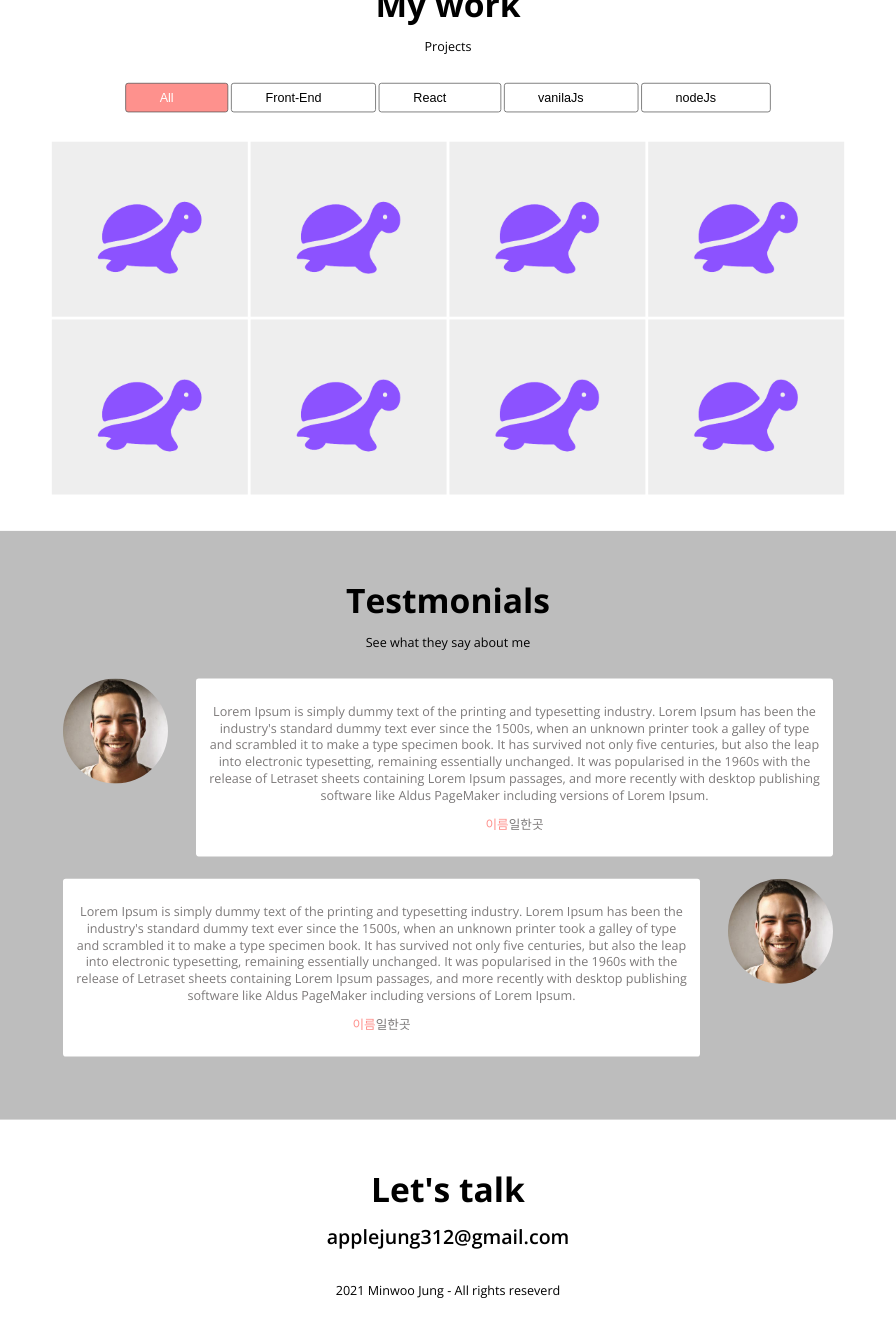
Repository: DevMinwoo-Jung/MinwooPortfolio
Page: index.html
These files come from the project's save history. The page is drawn as it stood at one moment and after the next save; the edit follows.
The browser window is 1280 px wide. The pictures show the part of the page from y = 4159 to 6079 px (the page is 6079 px tall before and 5871 px after), at 70% of full size.

Above is the page before, as saved 2021-06-01 10:54:03.

After the next save:
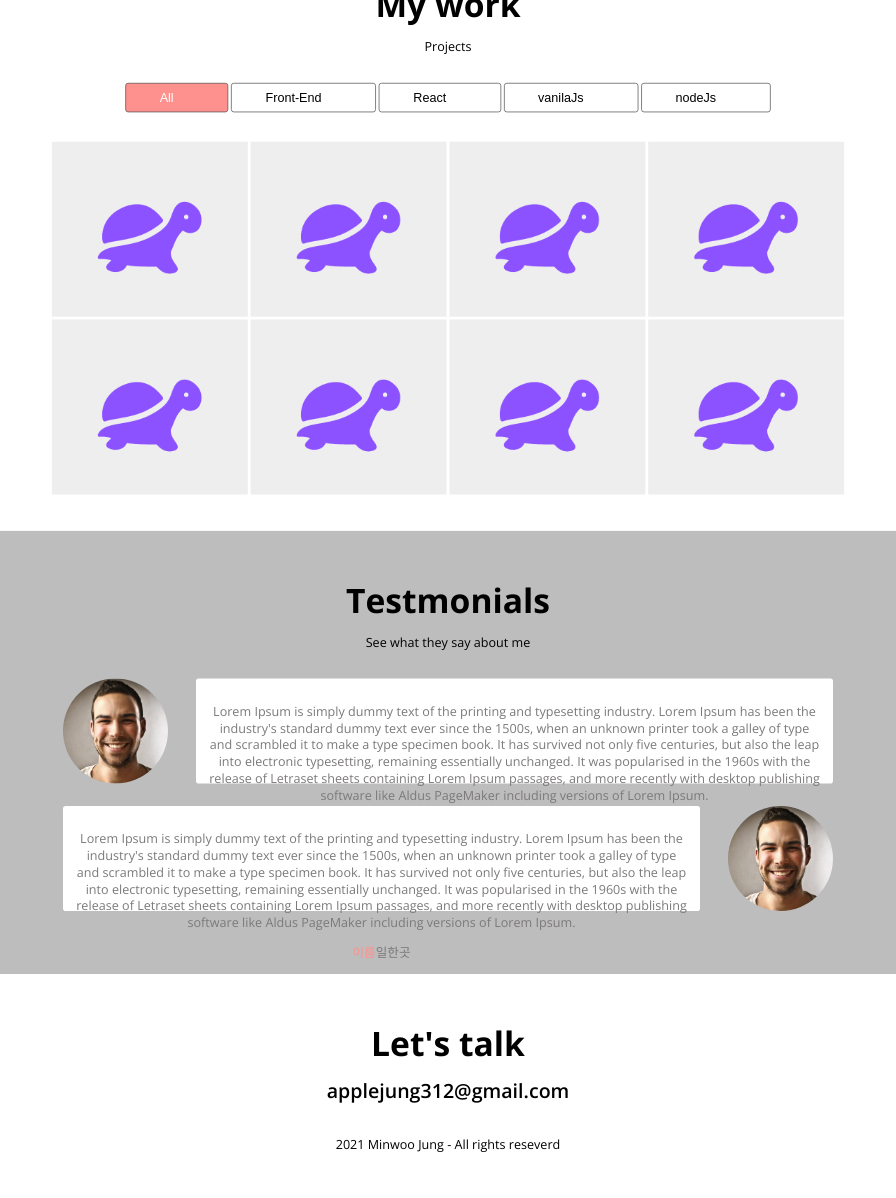
Saved 40 s later.
--- a/style.css
+++ b/style.css
@@ -420,6 +420,7 @@
   padding: 18px;
   background-color: var(--color-white);
   border-radius: var(--size-border-radius);
+  height: 150px;
 }
 
 .testimonail__speech-bubble p {

After the save that followed:
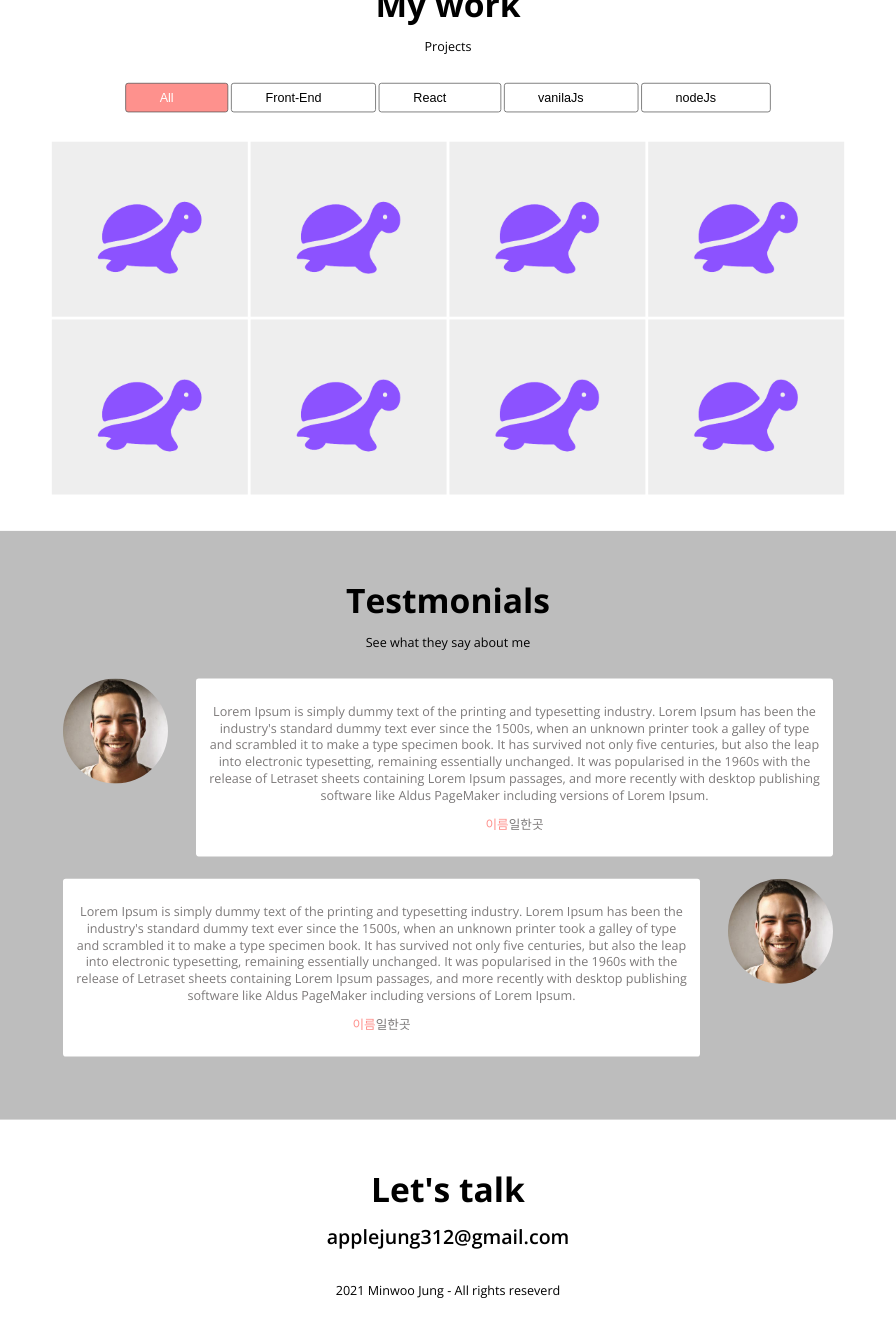
Saved 4 s later.
--- a/style.css
+++ b/style.css
@@ -420,7 +420,6 @@
   padding: 18px;
   background-color: var(--color-white);
   border-radius: var(--size-border-radius);
-  height: 150px;
 }
 
 .testimonail__speech-bubble p {
